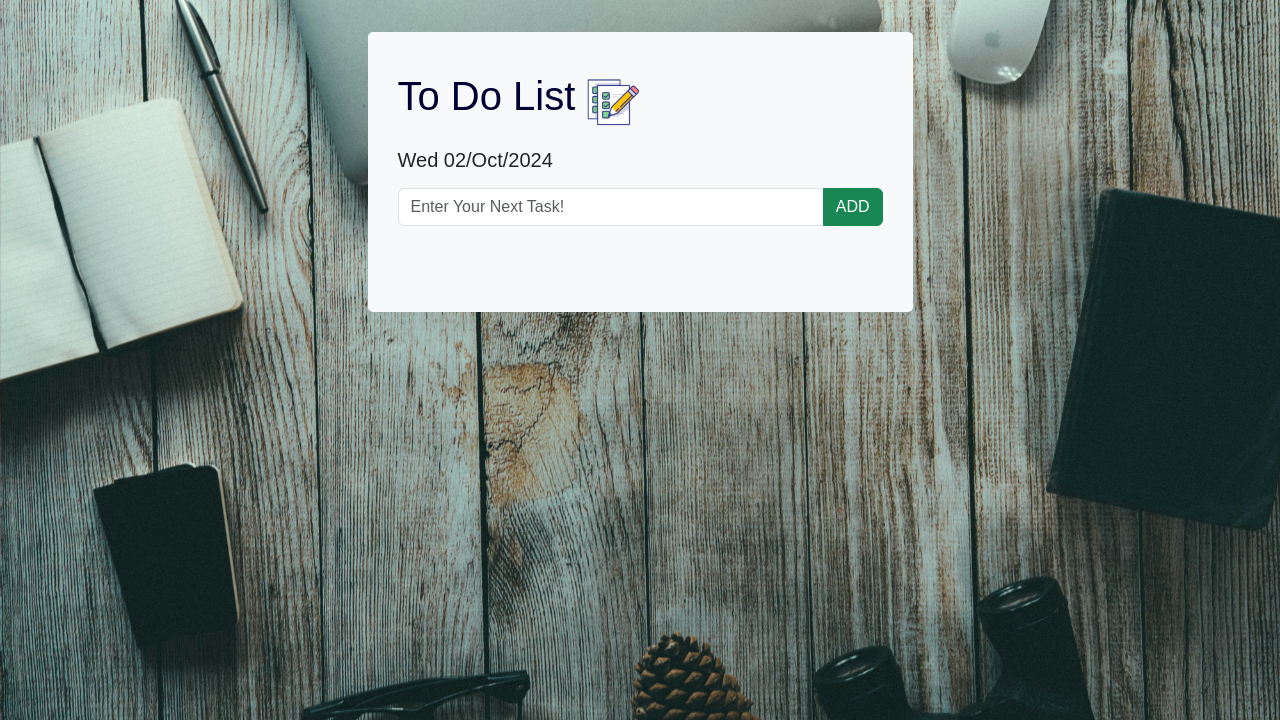
Repository: zeinawady/To_Do_List
Page: index.html
The author's editor kept a copy of each file at every save. The page is drawn from the files as they stood at one save, then again after the next save.
The browser window is 1280 px wide. The pictures show the whole page.
Some web libraries are served in a nearby version.

Above is the page before, as saved 2024-10-04 01:34:28.

### index.html
<!DOCTYPE html>
<html lang="en">

<head>
    <meta charset="UTF-8">
    <meta name="viewport" content="width=device-width, initial-scale=1.0">
    <title>To Do list</title>
    <link href="https://cdn.jsdelivr.net/npm/bootstrap@5.3.3/dist/css/bootstrap.min.css" rel="stylesheet" integrity="sha384-QWTKZyjpPEjISv5WaRU9OFeRpok6YctnYmDr5pNlyT2bRjXh0JMhjY6hW+ALEwIH" crossorigin="anonymous">
    <link rel="stylesheet" href="https://cdnjs.cloudflare.com/ajax/libs/font-awesome/6.6.0/css/all.min.css" integrity="sha512-Kc323vGBEqzTmouAECnVceyQqyqdsSiqLQISBL29aUW4U/M7pSPA/gEUZQqv1cwx4OnYxTxve5UMg5GT6L4JJg==" crossorigin="anonymous" referrerpolicy="no-referrer" />
    <link rel="stylesheet" href="css/style.css">
</head>

<body>
<div class="app">
    <div class="container">
        <div class="todo-app bg-body-tertiary m-auto">
            <h1 class="d-flex mb-3">To Do List <img src="images/todolistpng.png" alt="to-do-list" class="logo ms-2" width="60"></h1>
           <h5 id="date" class="mb-3"></h6>
            <div class="input-group mb-3">
                <input type="text"  class="form-control" id="input-box" placeholder="Enter Your Next Task!" aria-label="Enter Your Next Task!" aria-describedby="button">
                <button class="btn btn-success" onclick="addTask()">ADD</button>

            </div>
            <ul id="list-container">
                <!-- <li class="checked">Task 0</li>
                <li>Task 1</li> -->
            </ul>
        </div>

</div>
    </div>
    <script src="https://cdn.jsdelivr.net/npm/bootstrap@5.3.3/dist/js/bootstrap.bundle.min.js" integrity="sha384-YvpcrYf0tY3lHB60NNkmXc5s9fDVZLESaAA55NDzOxhy9GkcIdslK1eN7N6jIeHz" crossorigin="anonymous"></script>
    <script src="script.js"></script>
</body>

</html>

### css/style.css
* {
    margin: 0;
    padding: 0;
    box-sizing: border-box;
    font-family: Arial, Helvetica, sans-serif;
}

:root {
    --font-color: rgb(1, 1, 49);
}

li {
    list-style: none;
}
.app{
    background-image: url(../images/background3.jpg);
    background-position: center;
    background-size: cover;
    background-repeat: no-repeat;
    min-height: 100vh;
    max-height: 100%;
}

.todo-app {
    max-width: 545px;
    /* margin: 100px auto; */
    padding: 40px 30px 70px;
    border-radius: 5px;
    transition: 0.5s;
    position: relative;
    top: 2rem;
}

.todo-app:hover {
    box-shadow: 4px 5px 10px 2px rgba(63, 63, 63, 0.5);


}

.todo-app h1 {
    color: var(--font-color);

}


.form {
    background-color: #efe2e2;
    border-radius: 10px;
}


ul li {
    position: relative;
    font-size: 22px;
    padding: 6px 0px 12px 40px;
    cursor: pointer;
}

ul li::before {
    content: '';
    position: absolute;
    height: 28px;
    width: 28px;
    border-radius: 50%;
    background-image: url(../images/unchecked.png);
    background-size: cover;
    background-position: center;
    left: 1px;
    top: 8px;
}

ul li.checked {
    color: #555;
    text-decoration: line-through;

}

ul li.checked::before {
    color: #666;
    background-image: url(../images/checked.png);
}

ul li span {
    position: absolute;
    right: 0;
    top: 10px;
    font-size: 20px;
    color: #555;
}

ul li button{
    position: absolute;
    right: 35px;
    top: 2px;

}

### script.js
let listContainer = document.getElementById("list-container");
let inputBox = document.getElementById("input-box");
let currentDate = document.getElementById("date");

inputBox.addEventListener("keydown", function (e) {
    if (e.key === "Enter") {
        e.preventDefault();
        addTask();
    }
});

listContainer.addEventListener("click", function (e) {
    //e is the event object contains info about event & target element that was clicked.
    if (e.target.tagName === "LI") {
        e.target.classList.toggle("checked"); //if it is added remove it and if it does not sxist add it
        saveTask();
        Notification.requestPermission().then(perm =>{
            if(perm==="granted"){
                new Notification("Good job!", {
                    body:"No Pain No Gain!",
                })
            }
        } )
    }
    else if (e.target.tagName === "SPAN") {
        e.target.parentElement.remove();
        saveTask();

    }
    else if (e.target.tagName === "BUTTON") {
        let li = e.target.parentElement;
        let currentTask = li.firstChild.textContent;
        let newTask = prompt("Edit Your Task: ", currentTask);
        if (newTask !== null && newTask.trim() !== "") {
            li.firstChild.textContent = newTask;
            saveTask();
        }
    }
})

function addTask() {
    if (inputBox.value === '') {
        alert("No Task Added!");
    }
    else {
        let li = document.createElement("li");
        li.innerHTML = inputBox.value;
        listContainer.appendChild(li);
        let xSign = document.createElement("span");
        xSign.classList.add('fa-solid','fa-trash')
        li.appendChild(xSign);

        let editBtn = document.createElement("button");
        editBtn.classList.add('btn', 'btn-outline-success', 'fas', 'fa-edit');
        li.appendChild(editBtn);
        Notification.requestPermission().then(perm =>{
            if(perm==="granted"){
                new Notification("You Have Added A new Task!🥳")
            }})
    }
    inputBox.value = "";  //so that input text become empty again
    saveTask();

}

function saveTask() {
    localStorage.setItem("Task", listContainer.innerHTML);
}
function showTask() {
    listContainer.innerHTML = localStorage.getItem("Task");
}

function displayDate() {
    let date = new Date();
    date = date.toString().split(" ");
    console.log(date);
    //split the date to string to take from it the important info only
    currentDate.innerHTML = date[0] + " " + date[2] + '/' + date[1] + '/' + date[3];
}

showTask();
window.onload = displayDate();

After the next save:
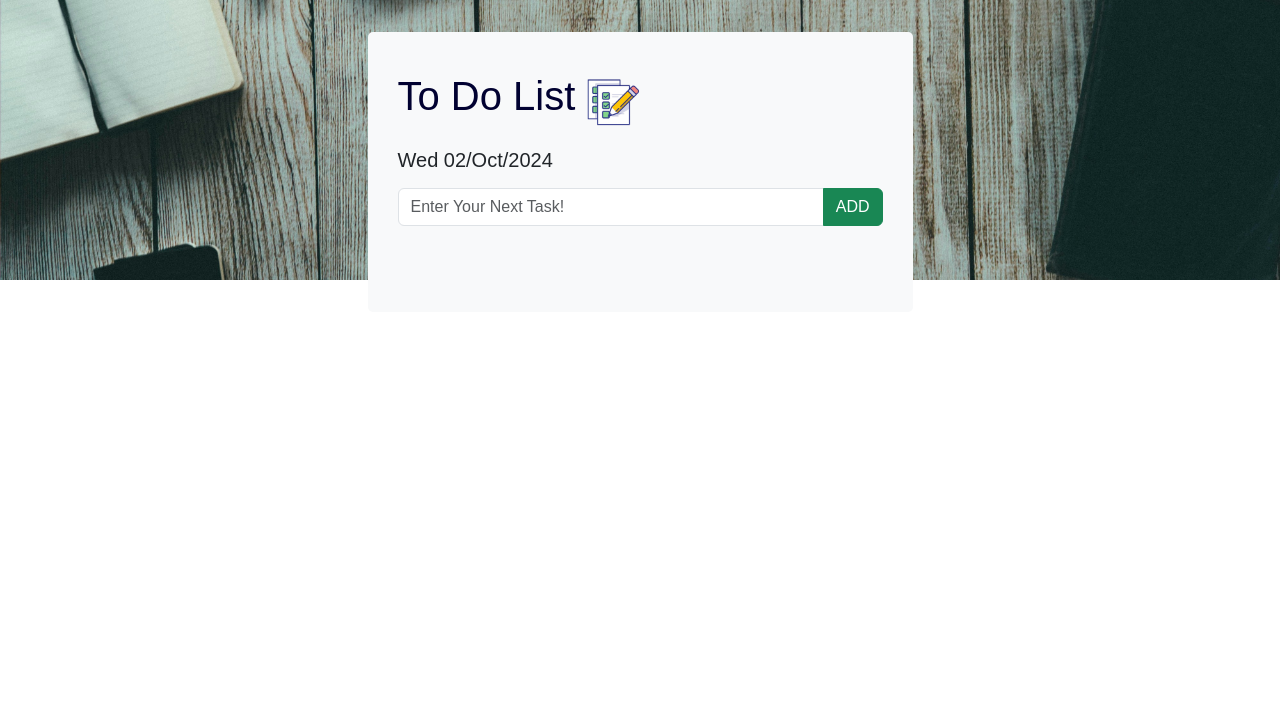
Saved 11 s later.
--- a/css/style.css
+++ b/css/style.css
@@ -17,8 +17,7 @@ li {
     background-position: center;
     background-size: cover;
     background-repeat: no-repeat;
-    min-height: 100vh;
-    max-height: 100%;
+
 }
 
 .todo-app {
